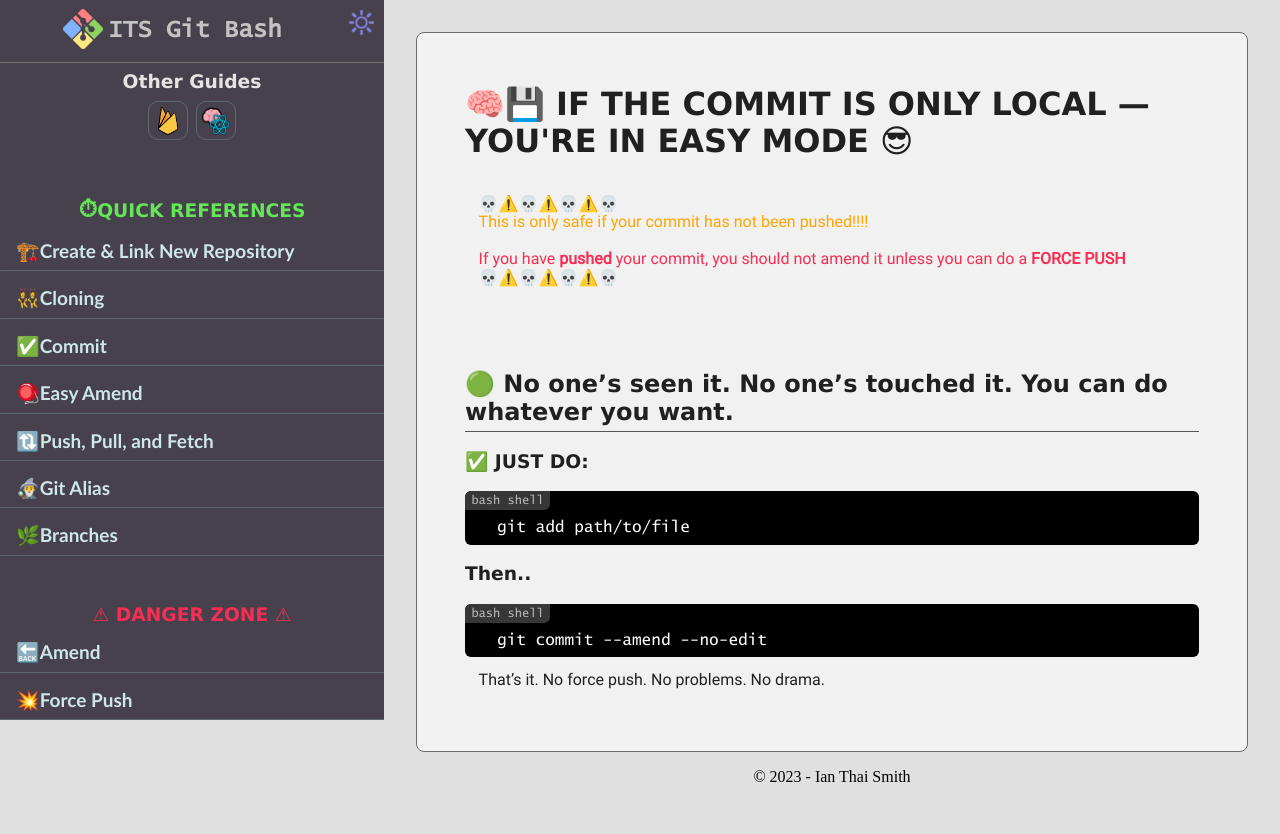
Repository: whyDoILoveThis/project__ITS_Git_Bash
Page: html/easy-amend.html
The author's editor kept a copy of each file at every save. The page is drawn from the files as they stood at one save, then again after the next save.
The browser window is 1280 px wide. The pictures show the whole page.

Above is the page before, as saved 2025-07-06 06:28:44.

After the next save:
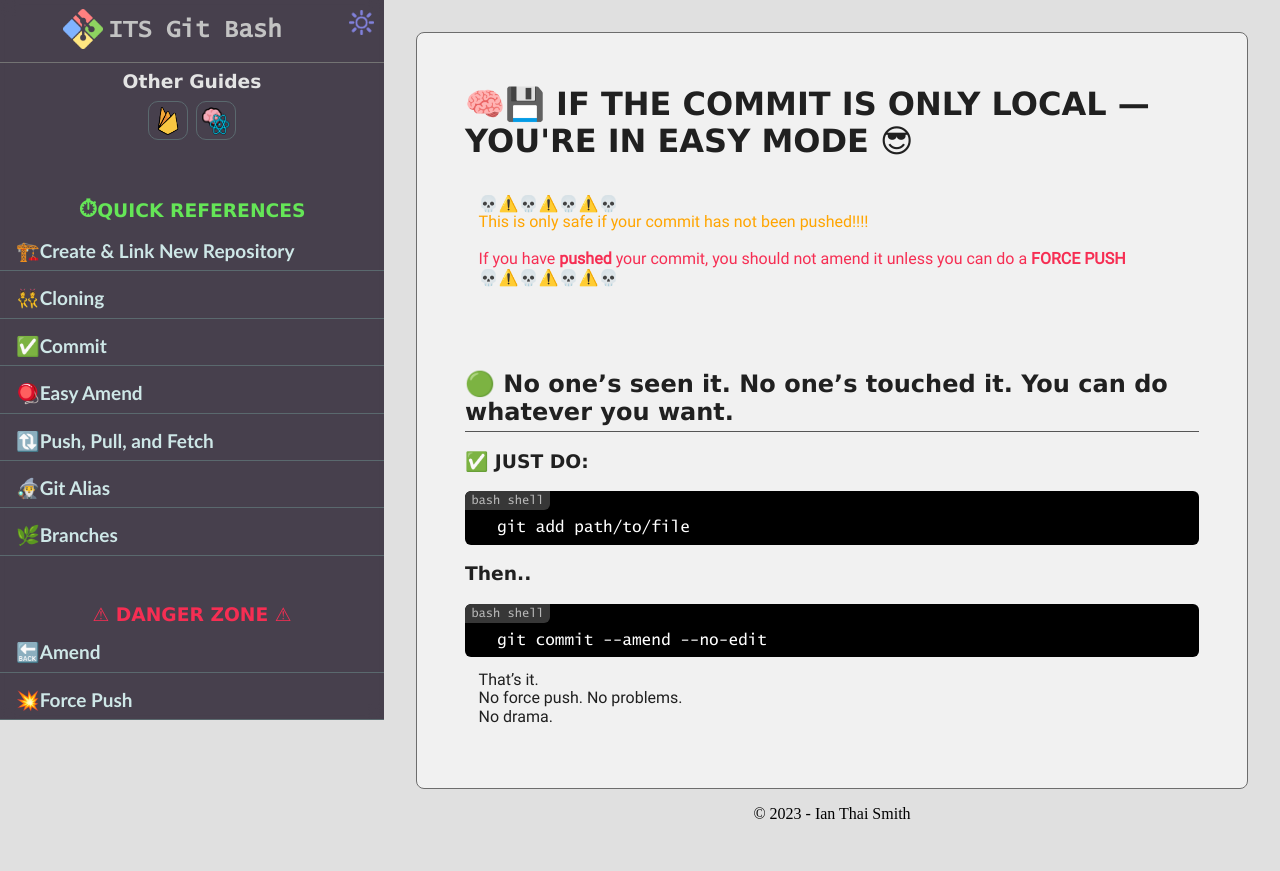
Saved 11 s later.
--- a/html/easy-amend.html
+++ b/html/easy-amend.html
@@ -39,7 +39,11 @@
           <div class="code">
             <p>git commit --amend --no-edit</p>
           </div>
-          <p>That’s it. No force push. No problems. No drama.</p>
+          <p>
+            That’s it. <br />
+            No force push. No problems. <br />
+            No drama.
+          </p>
         </article>
       </section>
     </div>
